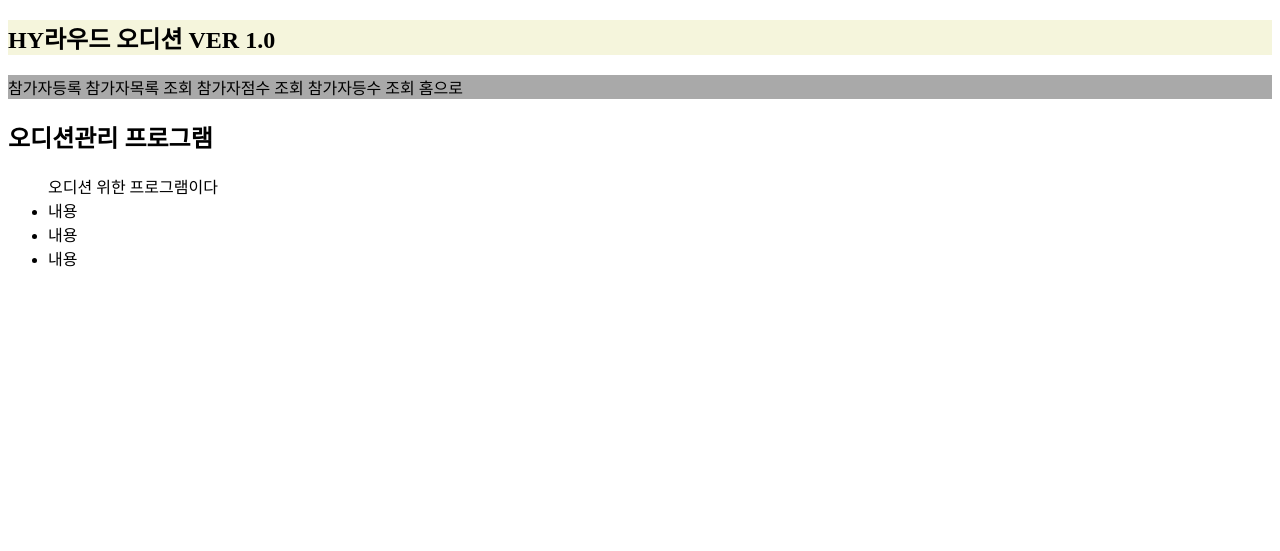
Repository: mvcfvsgdj/javaee
Page: http://localhost/prj0828/HY라우드.jsp
The author's editor kept a copy of each file at every save. The page is drawn from the files as they stood at one save, then again after the next save.
The browser window is 1280 px wide. The pictures show the whole page.
The page is served by Tomcat 9.

Above is the page before, as saved 2023-08-28 08:14:11.

After the next save:
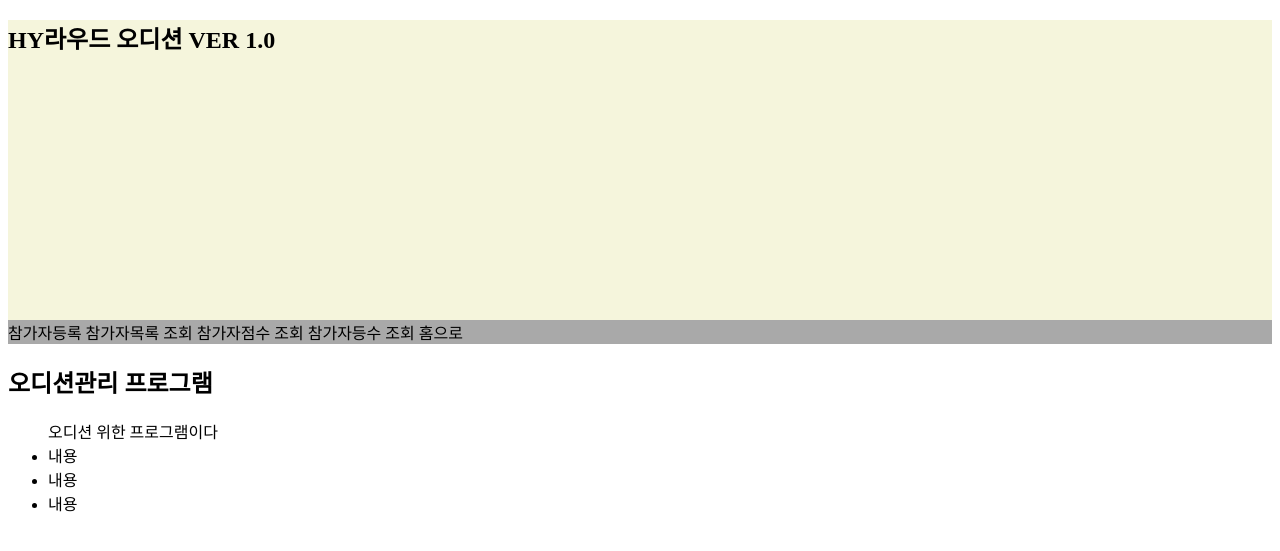
Saved 19 s later.
--- a/prj0828/src/main/webapp/css/HY라우드.css
+++ b/prj0828/src/main/webapp/css/HY라우드.css
@@ -2,7 +2,7 @@
 
 header{
 	background-color: beige;
-
+	height: 300px;
 }
 nav{
 	background-color: darkgray;
